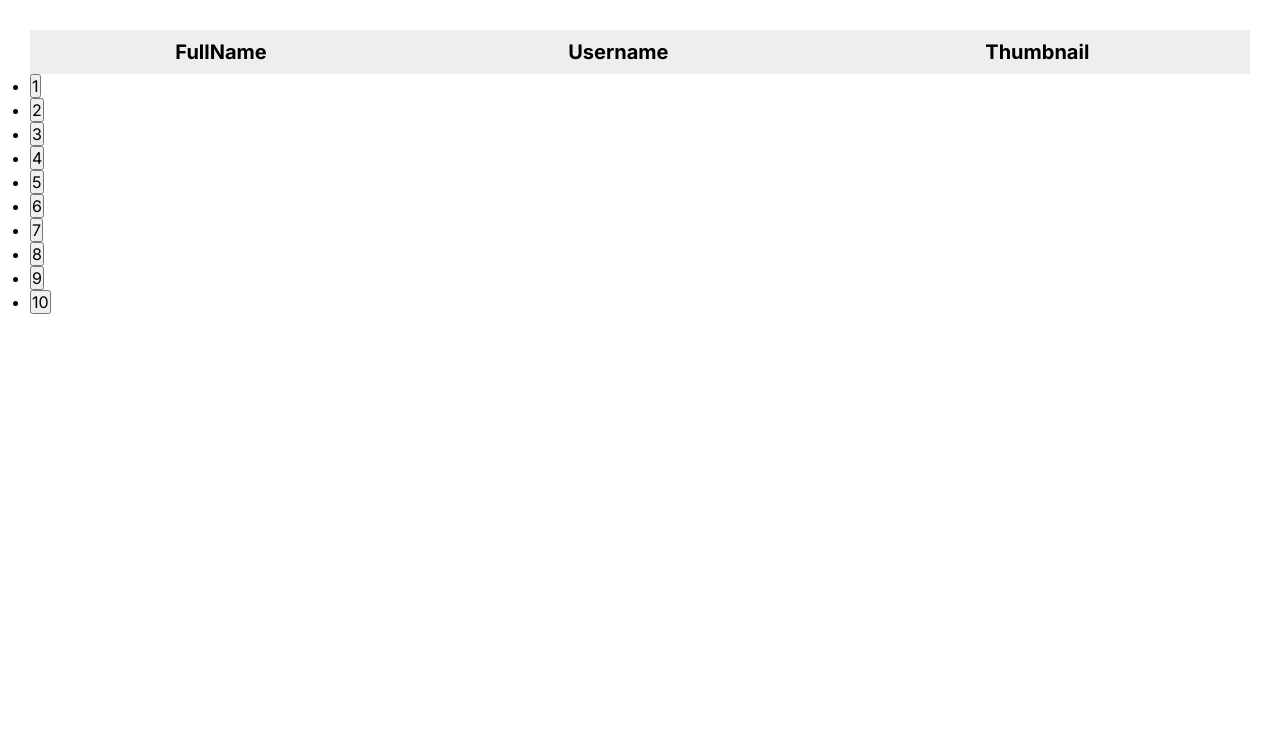
Repository: hoang0508/Test-FrontendReactJs-Twendee
Page: /
An editor plug-in stored every save of this project. The page is shown before and after the next save, followed by the edit.
The browser window is 1280 px wide. The pictures show the whole page.
The page's requests for data from a server got no answer. The project was rebuilt for these pictures with package versions that can differ from the ones it lists, and the page was loaded fresh each time. No one was signed in, and anything a server would have sent is missing.

Above is the page before, as saved 2023-02-06 21:36:45.

After the next save:
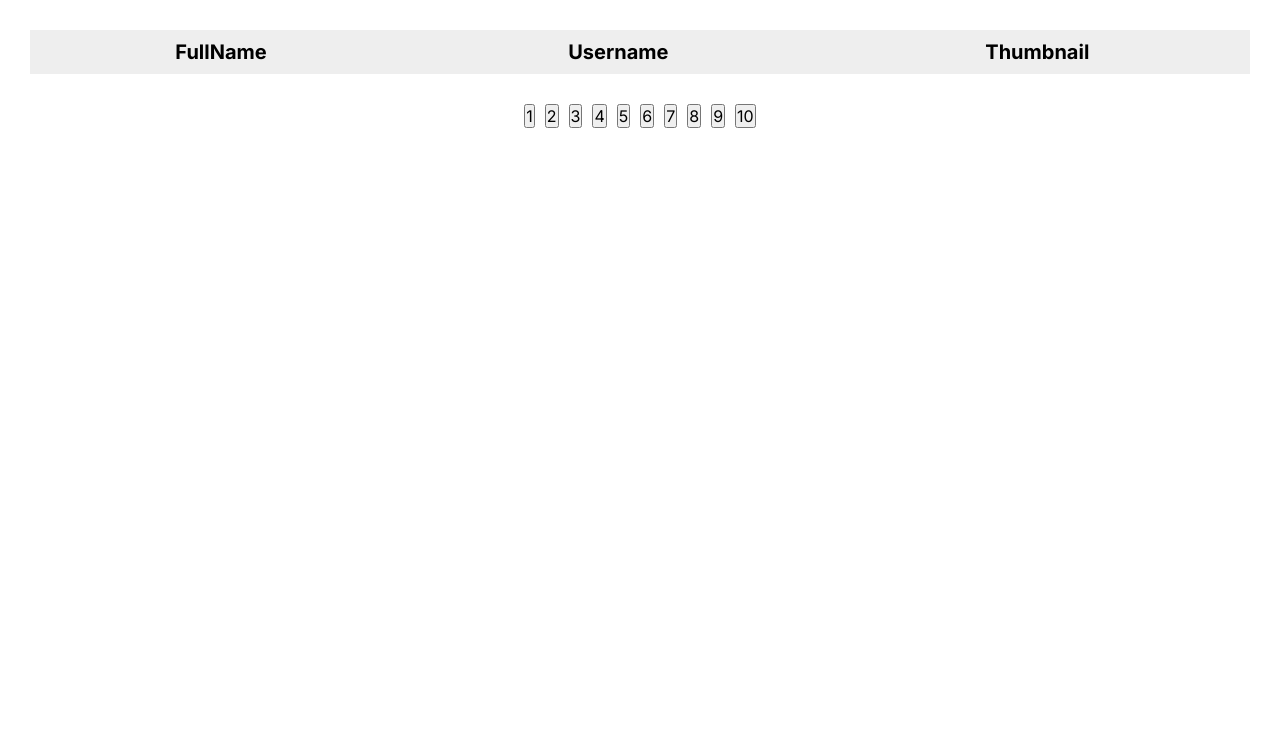
Saved 116 s later.
--- a/src/components/UserTable.scss
+++ b/src/components/UserTable.scss
@@ -38,3 +38,12 @@
     font-weight: 600;
   }
 }
+
+.pagination {
+  display: flex;
+  justify-content: center;
+  align-items: center;
+  gap: 0 10px;
+  margin-top: 30px;
+  list-style: none;
+}
